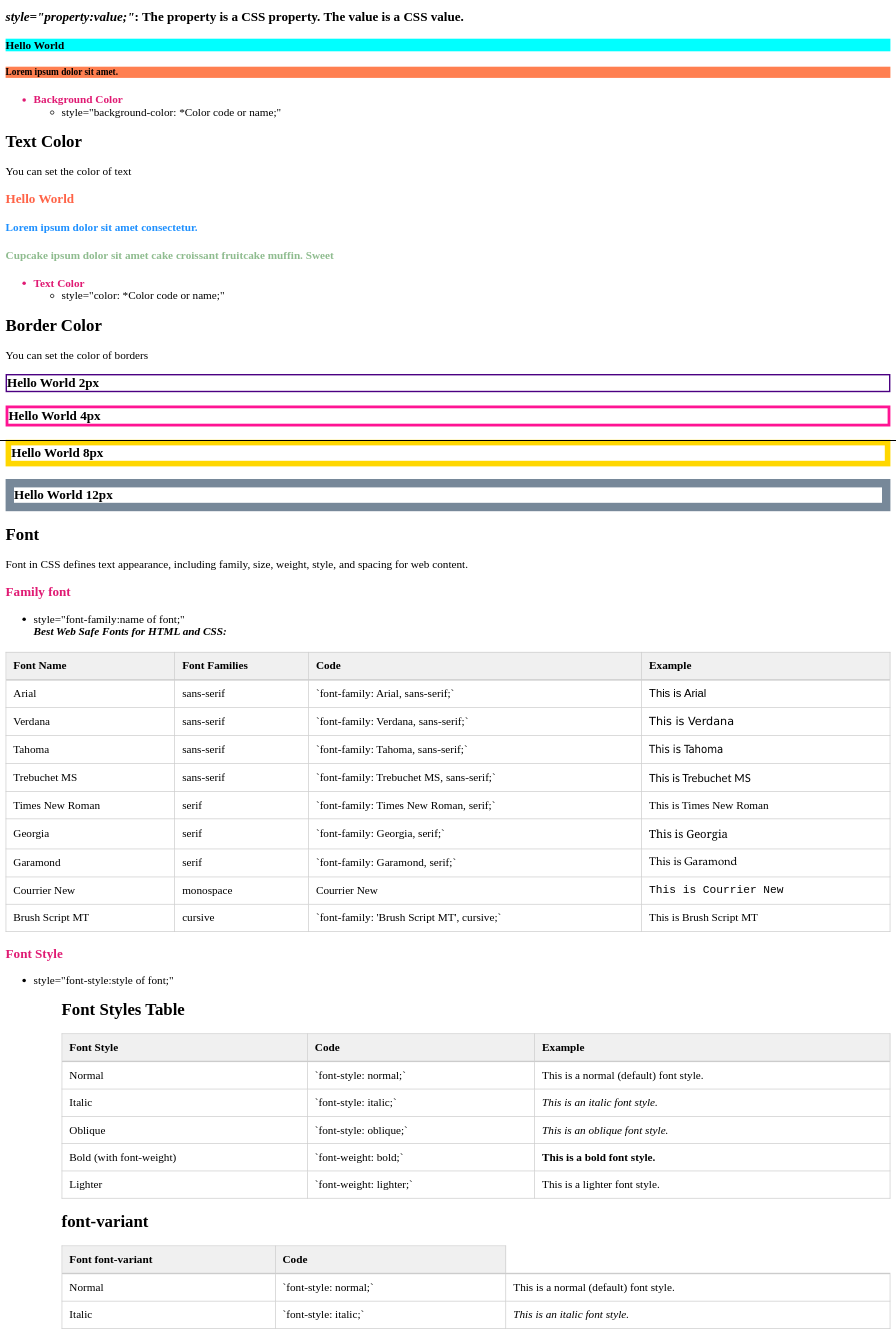
Repository: AnnaSpirit/2025_
Page: Bases/OK/HTML_Text_Formatting.html
An editor plug-in stored every save of this project. The page is shown before and after the next save, followed by the edit.
The browser window is 1280 px wide. The pictures show the part of the page from y = 2275 to 4195 px (the page is 4195 px tall), at 70% of full size.

Above is the page before, as saved 2025-01-09 16:43:10.

After the next save:
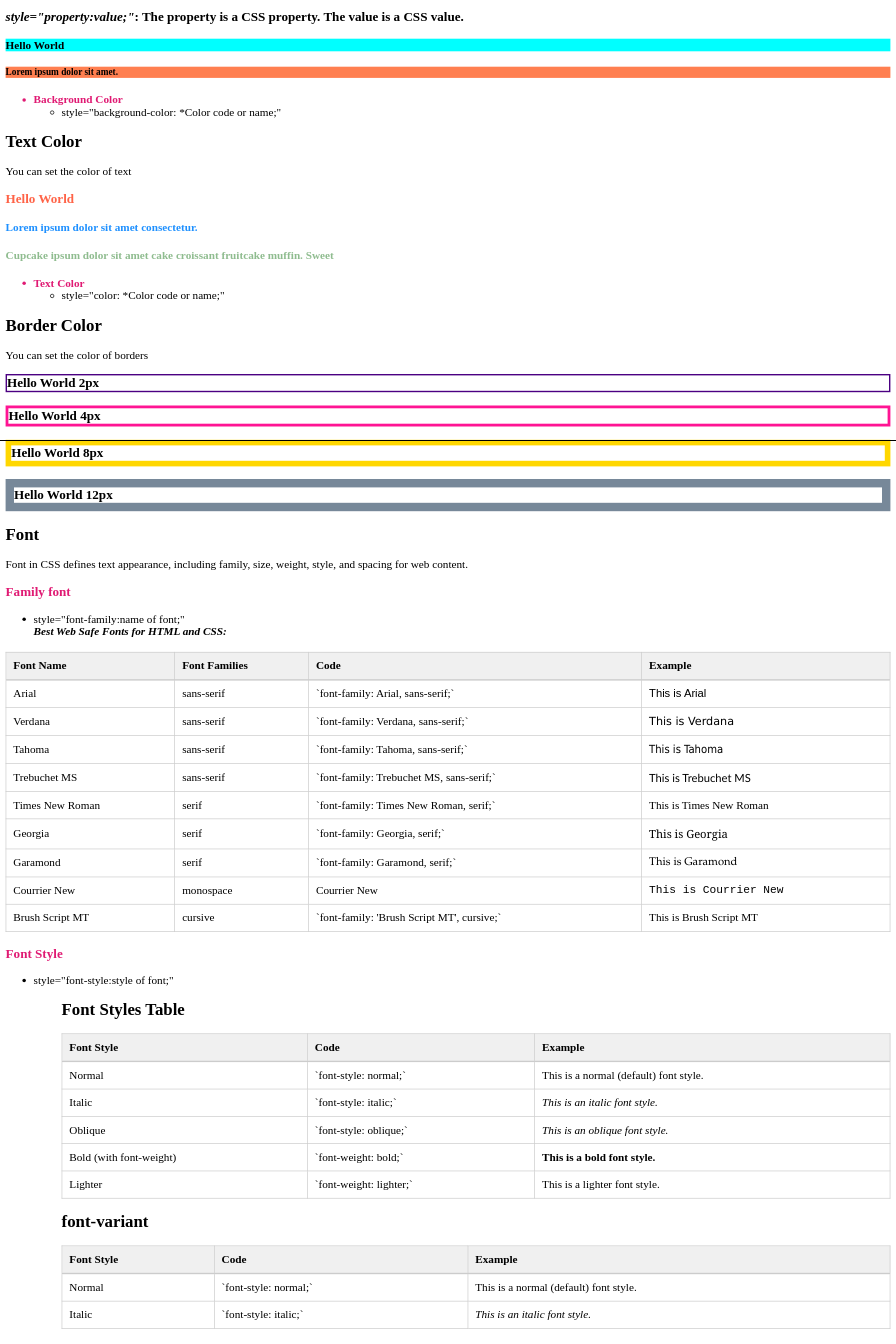
Saved 7 s later.
--- a/Bases/OK/HTML_Text_Formatting.html
+++ b/Bases/OK/HTML_Text_Formatting.html
@@ -338,8 +338,9 @@
     <table style="width: 100%; border-collapse: collapse; text-align: left; margin: 20px 0;">
         <thead>
             <tr style="background-color: #f0f0f0; border-bottom: 2px solid #ccc;">
-                <th style="padding: 10px; border: 1px solid #ccc;">Font font-variant</th>
+                <th style="padding: 10px; border: 1px solid #ccc;">Font Style</th>
                 <th style="padding: 10px; border: 1px solid #ccc;">Code</th>
+                <th style="padding: 10px; border: 1px solid #ccc;">Example</th>
             </tr>
         </thead>
         <tbody>
